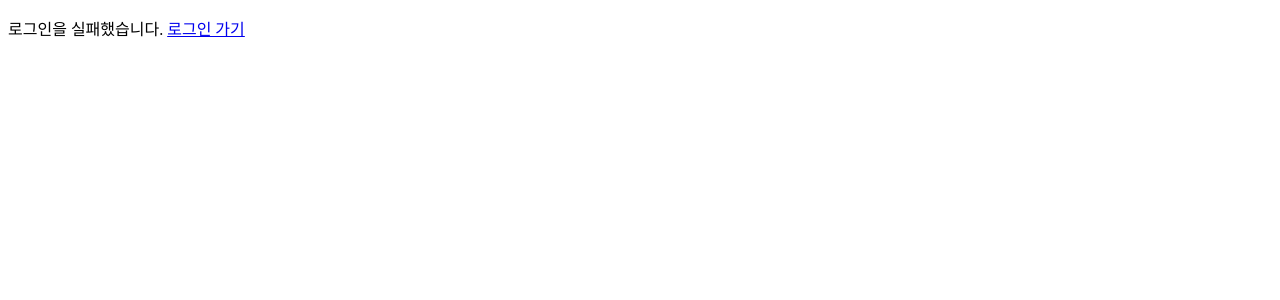
Repository: CheolHo-0428/JSP-Web-Programming
Page: http://localhost/JSPBook/ch05/response01_failed.jsp
An editor plug-in stored every save of this project. The page is shown before and after the next save, followed by the edit.
The browser window is 1280 px wide. The pictures show the whole page.
The page is served by Tomcat 9.

Above is the page before, as saved 2021-05-10 13:23:46.

After the next save:
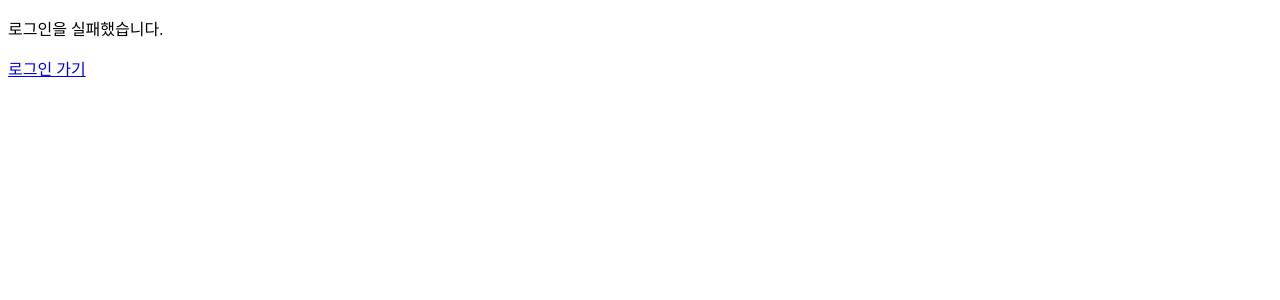
Saved 17 s later.
--- a/JSPBook/src/main/webapp/ch05/response01_failed.jsp
+++ b/JSPBook/src/main/webapp/ch05/response01_failed.jsp
@@ -8,6 +8,6 @@
 </head>
 <body>
 	<p>로그인을 실패했습니다.
-	<a href="response01.jsp">로그인 가기</a>
+	<p><a href="response01.jsp">로그인 가기</a>
 </body>
 </html>
